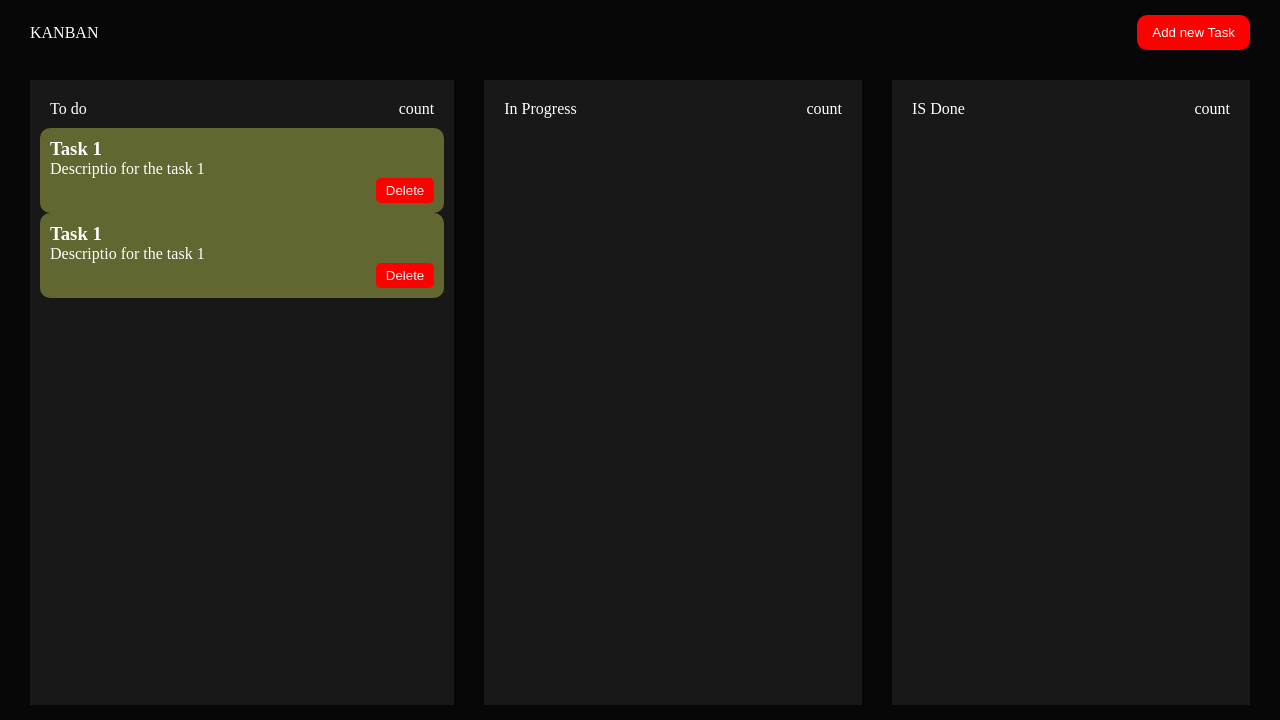
Repository: Sandeepji-5/Kanban-board
Page: index.html
These files come from the project's save history. The page is drawn as it stood at one moment and after the next save; the edit follows.
The browser window is 1280 px wide. The pictures show the whole page.

Above is the page before, as saved 2025-12-09 17:50:19.

After the next save:
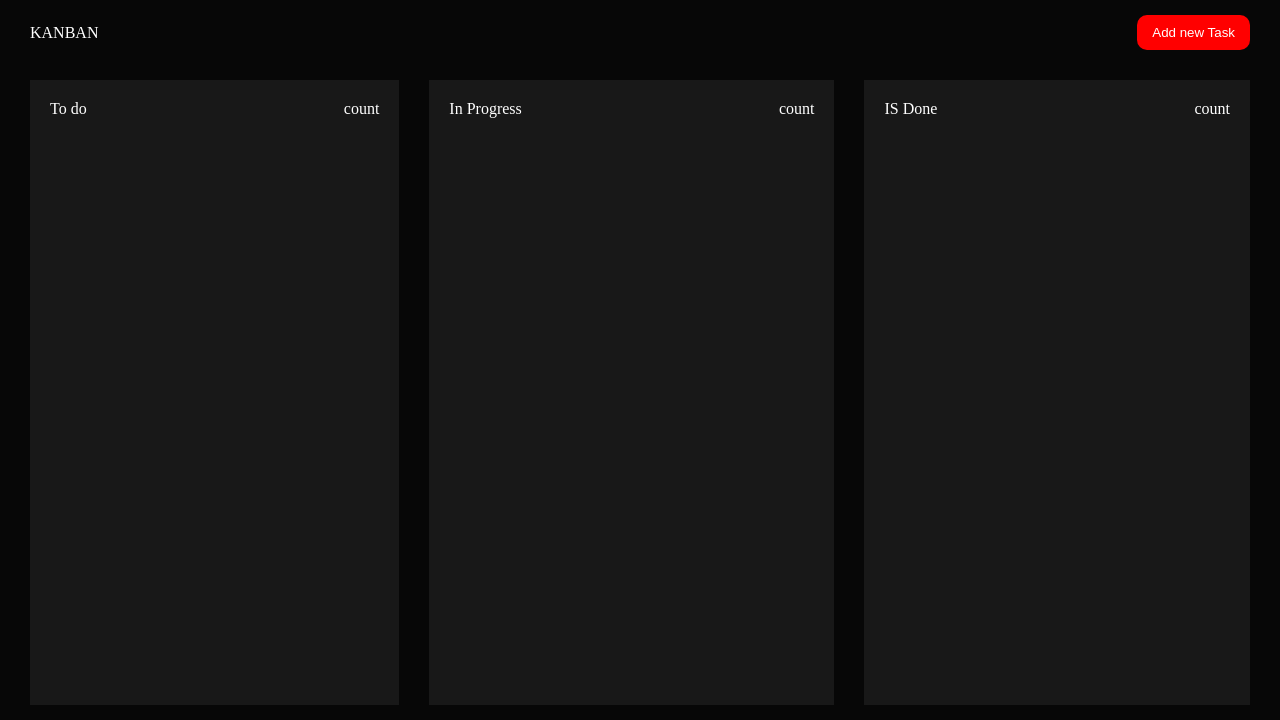
Saved 2 min 15 s later.
--- a/index.html
+++ b/index.html
@@ -20,16 +20,7 @@
                     <div class="left">To do </div>
                     <div class="right">count</div>
                 </div>
-                <div draggable="true" class="task">
-                    <h3>Task 1</h3>
-                    <p>Descriptio for the task 1 </p>
-                    <button>Delete</button>
-                </div>
-                <div draggable="true" class="task">
-                    <h3>Task 1</h3>
-                    <p>Descriptio for the task 1 </p>
-                    <button>Delete</button>
-                </div>
+
             </div>
 
 
